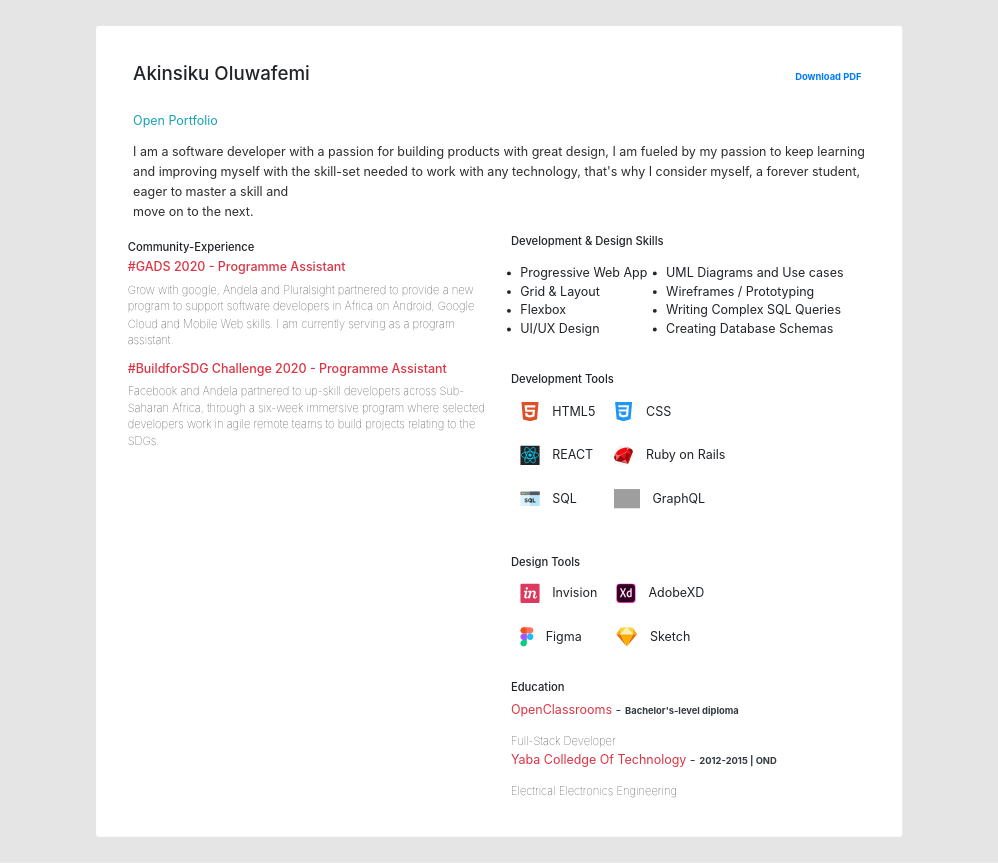
Repository: akinsikuoluwafemi/resume
Page: index.html
An editor plug-in stored every save of this project. The page is shown before and after a run of saves, followed by the edit.
The browser window is 1280 px wide. The pictures show the whole page, at 78% of full size.
Pictures or frames that could not be fetched are drawn as grey boxes. The style sheet was rebuilt from its Sass, Less or Tailwind sources for each picture, by a compiler version that may differ from the author's.

Above is the page before, as saved 2020-08-26 19:30:52.

### index.html
<!DOCTYPE html>
<html lang="en">

<head>
    <meta charset="UTF-8">
    <meta name="viewport" content="width=device-width, initial-scale=1.0">
    <meta http-equiv="X-UA-Compatible" content="ie=edge">
    <link rel="shortcut icon" type="image/png" href="./images/new-photo.png">

    <link rel="stylesheet" href="https://stackpath.bootstrapcdn.com/bootstrap/4.3.1/css/bootstrap.min.css" integrity="sha384-ggOyR0iXCbMQv3Xipma34MD+dH/1fQ784/j6cY/iJTQUOhcWr7x9JvoRxT2MZw1T"
        crossorigin="anonymous" />
    <link rel="stylesheet" href="./resume.css">

    <title>Akinsiku Oluwafemi - Software Developer</title>
</head>

<body>

   <div class="col-sm-12 col-lg-10 m-auto">
       <!--  -->
        <div class="p-c container border px-3 py-4 px-lg-5 py-lg-5 ">
            <header class="row">
                <div class="col d-flex align-items-center">
                    <h4 class="header__name mr-auto">Akinsiku Oluwafemi</h4>
                    <a href="./images/newresume.pdf" download="Femi_Akinsiku_resume.pdf" class="badge">Download PDF</a>
                </div>
            </header>
            <div class="row mt-4">
                <a href="https://femiakin.com/" target="_blank" class="col text-info">Open Portfolio</a>
            </div>

            <div class="row mt-3">
                <div class="col">
                    <p class="intro">I am a software developer with a passion for building products with great design, I am
                        fueled by my passion to keep learning and improving myself with the skill-set needed to work with
                        any
                        technology,
                        that's why I consider myself, a forever student, eager to master a skill and <br /> move on to the
                        next. </p>
                </div>
            </div>


            <div class="row">

                <div class="col col-lg-6 p-2  ">
                    <div>
                        <h5 class="item__header">Community-Experience</h5>

                        <h6 class="item__job text-danger">#GADS 2020 - Programme Assistant </h6>
                        <p class="item__description">Grow with google, Andela and Pluralsight partnered to provide a new
                            program to support
                            software developers in Africa on Android, Google Cloud and Mobile Web skills. I am currently
                            serving as a
                            program assistant.</p>

                    </div>

                    <div>



                        <h6 class="item__job text-danger">#BuildforSDG Challenge 2020 - Programme Assistant </h6>


                        <p class="item__description">Facebook and Andela partnered to up-skill developers across
                            Sub-Saharan
                            Africa,
                            through a six-week immersive program where selected developers work in agile remote
                            teams to build projects relating to the SDGs.
                        </p>

                    </div>





                    <!-- here2 -->


                </div>
                <div class="col col-lg-6 ">

                    <div>
                        <h5 class="item__header ">Development & Design Skills</h5>
                        <div class="d-flex ">
                            <ul class="list__item">
                                <li>Progressive Web App</li>
                                <li>Grid & Layout</li>
                                <li>Flexbox</li>
                                <li>UI/UX Design</li>


                            </ul>
                            <ul class="list__item">
                                <li>UML Diagrams and Use cases</li>
                                <li>Wireframes / Prototyping</li>
                                <li>Writing Complex SQL Queries</li>
                                <li>Creating Database Schemas</li>



                            </ul>
                        </div>


                    </div>

                    <div class="item__container">
                        <h5 class="item__header">Development Tools</h5>
                        <div class="d-flex ">
                            <ul class="list__item">
                                <div class="d-flex  mb-3">
                                    <img src="./images/html5.svg" />
                                    <p class="ml-3">HTML5</p>
                                </div>
                                <div class="d-flex  mb-3">
                                    <img src="./images/react-1.svg" />
                                    <p class="ml-3">REACT</p>
                                </div>
                                <div class="d-flex ">
                                    <img src="./images/sql.svg" />
                                    <p class="ml-3">SQL</p>
                                </div>

                            </ul>
                            <ul class="list__item ">
                                <div class="d-flex  mb-3">
                                    <img src="./images/css-3.svg" />
                                    <p class="ml-3">CSS</p>
                                </div>
                                <div class="d-flex  mb-3">
                                    <img src="./images/ruby.svg" />
                                    <p class="ml-3">Ruby on Rails</p>
                                </div>
                                <div class="d-flex ">
                                    <img src="./images/graphql-icon.svg" />
                                    <p class="ml-3">GraphQL</p>
                                </div>


                            </ul>
                        </div>


                    </div>

                    <!-- here -->

                    <div class="item__contain">
                        <h5 class="item__header">Design Tools</h5>
                        <div class="d-flex ">
                            <ul class="list__item">
                                <div class="d-flex mb-3">
                                    <img src="./images/invision.svg" />
                                    <p class="ml-3">Invision</p>
                                </div>
                                <div class="d-flex ">
                                    <img src="./images/figma-1.svg" />
                                    <p class="ml-3">Figma</p>
                                </div>

                            </ul>
                            <ul class="list__item ">
                                <div class="d-flex  mb-3 ">
                                    <img src="./images/adobe-xd-1.svg" />
                                    <p class="ml-3">AdobeXD</p>
                                </div>
                                <div class="d-flex ">
                                    <img src="./images/sketch-2.svg" />
                                    <p class="ml-3">Sketch</p>
                                </div>


                            </ul>
                        </div>


                    </div>
                    <div class="edu">
                        <h5 class="item__header">Education</h5>
                        <p paragraph><a href="https://www.francecompetences.fr/recherche/rncp/27099/" class="text-danger text-info">OpenClassrooms
                            <span class="text-dark">-</span><span class="badge text-dark">Bachelor's-level diploma</span></a></p>

                        <span class="item__description "><a style="color: #212529" href="https://openclassrooms.com/en/paths/104-full-stack-developer">Full-Stack Developer</a></span>

                        <p class="text-danger paragraph pt-2">Yaba Colledge Of Technology <span class="text-dark">-</span><span class="badge text-dark">2012-2015
                                | OND</span></p>
                        <span class="item__description ">Electrical Electronics Engineering</span>


                    </div>



                </div>

            </div>


        </div>

        <!--  -->
   </div>










    <script src="https://code.jquery.com/jquery-3.3.1.slim.min.js" integrity="sha384-q8i/X+965DzO0rT7abK41JStQIAqVgRVzpbzo5smXKp4YfRvH+8abtTE1Pi6jizo"
        crossorigin="anonymous"></script>
    <script src="https://cdnjs.cloudflare.com/ajax/libs/popper.js/1.14.7/umd/popper.min.js" integrity="sha384-UO2eT0CpHqdSJQ6hJty5KVphtPhzWj9WO1clHTMGa3JDZwrnQq4sF86dIHNDz0W1"
        crossorigin="anonymous"></script>
    <script src="https://stackpath.bootstrapcdn.com/bootstrap/4.3.1/js/bootstrap.min.js" integrity="sha384-JjSmVgyd0p3pXB1rRibZUAYoIIy6OrQ6VrjIEaFf/nJGzIxFDsf4x0xIM+B07jRM"
        crossorigin="anonymous"></script>
</body>

</html>

### resume.scss


body {
    background-color: #E5E5E5;

    -webkit-font-smoothing: antialiased;
  -moz-osx-font-smoothing: grayscale;
}

.container {
    margin: 2rem auto;
    background-color: white;
    border-radius: .3rem;
}

.intro {
    font-size: 1rem;
    color: rgba(0,0,0,0.82);
    line-height: 1.6rem;
}


.text-info:hover{
    text-decoration: none;
}

img {
    height: 25px;
}



.item {

     &__contain {
        margin-bottom: 0rem;
        // background: red;
    }

    &__container {
        margin: 1rem 0!important;
    }

    &__dev {
         font-size: .9rem;
        margin-bottom: 1rem;
    }

    &__header {
        font-size: .9rem;
        margin-bottom: .5rem;
    }

    &__description {
        font-weight: 100;
        font-size: .9rem;
    }

}


.list__item {
    padding: 12px;
}

@media (max-width: 576px) {
    br {
        display: none;
    }
 }

 .paragraph {
   padding: 0!important;
 }

After the next 5 saves:
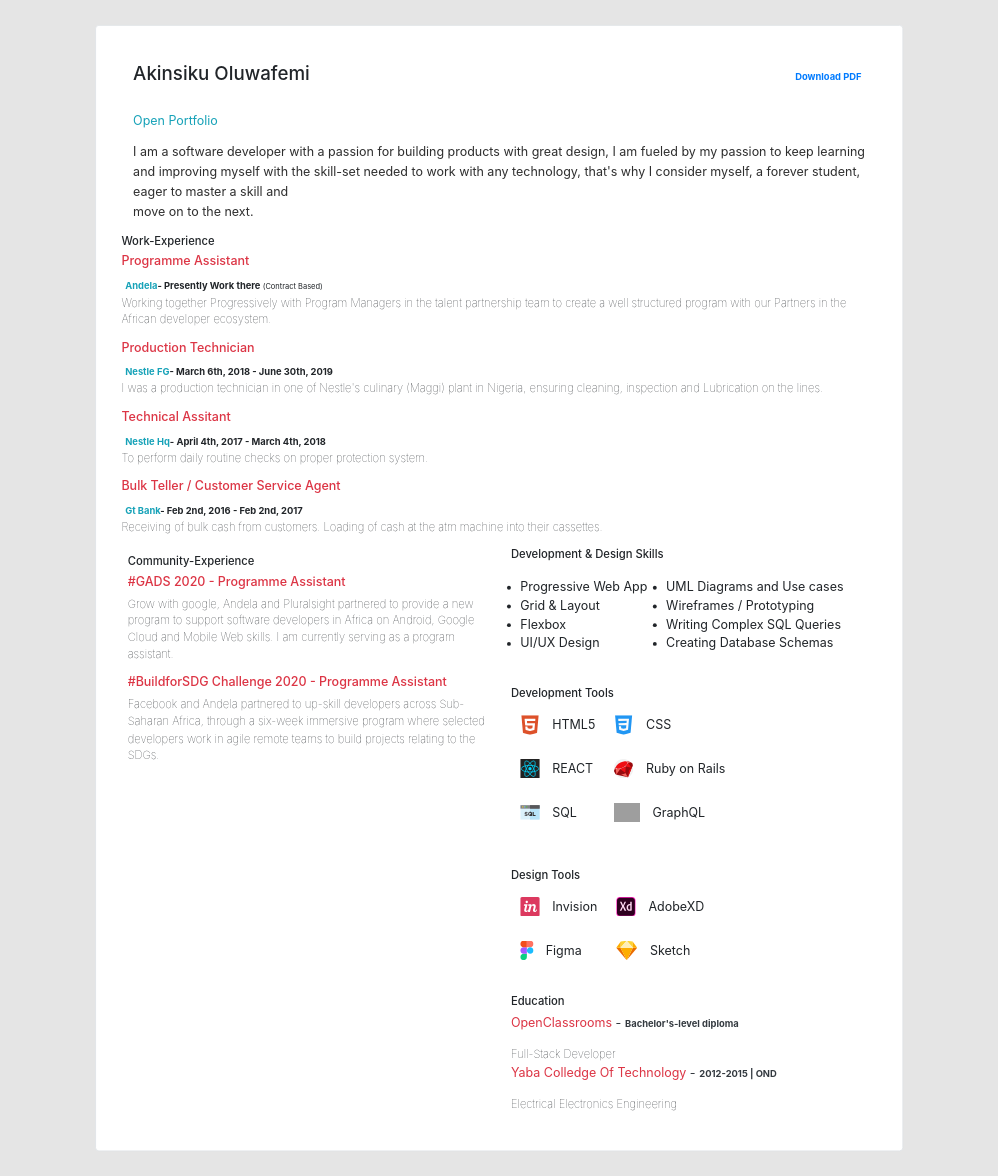
The 5 saves are shown as one change because they came seconds apart.
The last was saved 14 s later.
--- a/index.html
+++ b/index.html
@@ -43,6 +43,46 @@
 
             <div class="row">
 
+
+                <!-- here -->
+                <div>
+                    <h5 class="item__header">Work-Experience</h5>
+                    <h6 class="item__job text-danger">Programme Assistant</h6>
+                    <span class="badge"><span class="text-info">Andela</span>- Presently Work there <small>(Contract
+                            Based)</small></span>
+                    <p class="item__description">Working together Progressively with Program Managers in the talent partnership team to
+                        create a well structured program with our Partners in the
+                        African developer ecosystem.</p>
+
+                </div>
+                <div>
+                    <h6 class="item__job text-danger">Production Technician</h6>
+                    <span class="badge"><span class="text-info">Nestle FG</span>- March 6th, 2018 - June 30th, 2019 </span>
+                    <p class="item__description">I was a production technician in one of Nestle's culinary (Maggi)
+                        plant in
+                        Nigeria,
+                        ensuring cleaning, inspection and Lubrication on the lines.</p>
+
+                </div>
+                <div>
+                    <h6 class="item__job text-danger">Technical Assitant</h6>
+                    <span class="badge"><span class="text-info">Nestle Hq</span>- April 4th, 2017 - March 4th, 2018</span>
+                    <p class="item__description">To perform daily routine checks on proper protection system.
+                    </p>
+
+                </div>
+                <div>
+                    <h6 class="item__job text-danger">Bulk Teller / Customer Service Agent</h6>
+                    <span class="badge"><span class="text-info">Gt Bank</span>- Feb 2nd, 2016 - Feb 2nd, 2017 </span>
+                    <p class="item__description">Receiving of bulk cash from customers.
+                        Loading of cash at the atm machine into their cassettes.
+                    </p>
+
+                </div>
+
+
+                <!-- STOP -->
+
                 <div class="col col-lg-6 p-2  ">
                     <div>
                         <h5 class="item__header">Community-Experience</h5>

After the save that followed:
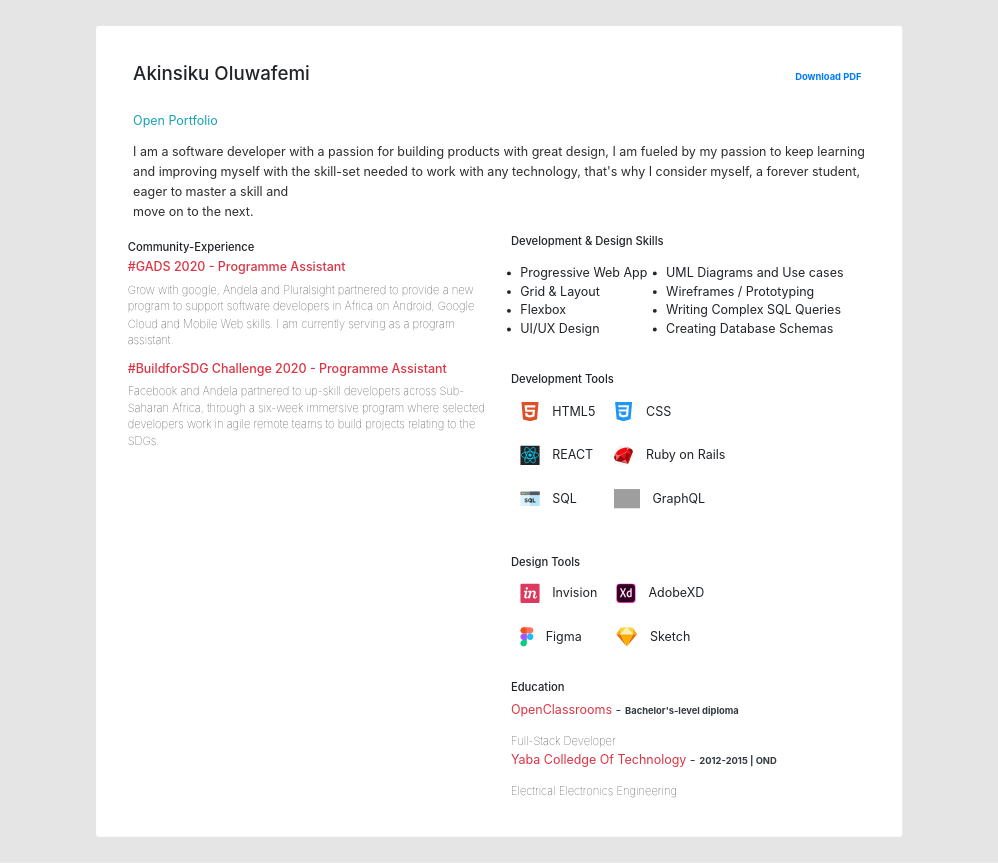
Saved 21 s later.
--- a/index.html
+++ b/index.html
@@ -44,44 +44,7 @@
             <div class="row">
 
 
-                <!-- here -->
-                <div>
-                    <h5 class="item__header">Work-Experience</h5>
-                    <h6 class="item__job text-danger">Programme Assistant</h6>
-                    <span class="badge"><span class="text-info">Andela</span>- Presently Work there <small>(Contract
-                            Based)</small></span>
-                    <p class="item__description">Working together Progressively with Program Managers in the talent partnership team to
-                        create a well structured program with our Partners in the
-                        African developer ecosystem.</p>
-
-                </div>
-                <div>
-                    <h6 class="item__job text-danger">Production Technician</h6>
-                    <span class="badge"><span class="text-info">Nestle FG</span>- March 6th, 2018 - June 30th, 2019 </span>
-                    <p class="item__description">I was a production technician in one of Nestle's culinary (Maggi)
-                        plant in
-                        Nigeria,
-                        ensuring cleaning, inspection and Lubrication on the lines.</p>
-
-                </div>
-                <div>
-                    <h6 class="item__job text-danger">Technical Assitant</h6>
-                    <span class="badge"><span class="text-info">Nestle Hq</span>- April 4th, 2017 - March 4th, 2018</span>
-                    <p class="item__description">To perform daily routine checks on proper protection system.
-                    </p>
-
-                </div>
-                <div>
-                    <h6 class="item__job text-danger">Bulk Teller / Customer Service Agent</h6>
-                    <span class="badge"><span class="text-info">Gt Bank</span>- Feb 2nd, 2016 - Feb 2nd, 2017 </span>
-                    <p class="item__description">Receiving of bulk cash from customers.
-                        Loading of cash at the atm machine into their cassettes.
-                    </p>
-
-                </div>
-
-
-                <!-- STOP -->
+
 
                 <div class="col col-lg-6 p-2  ">
                     <div>
